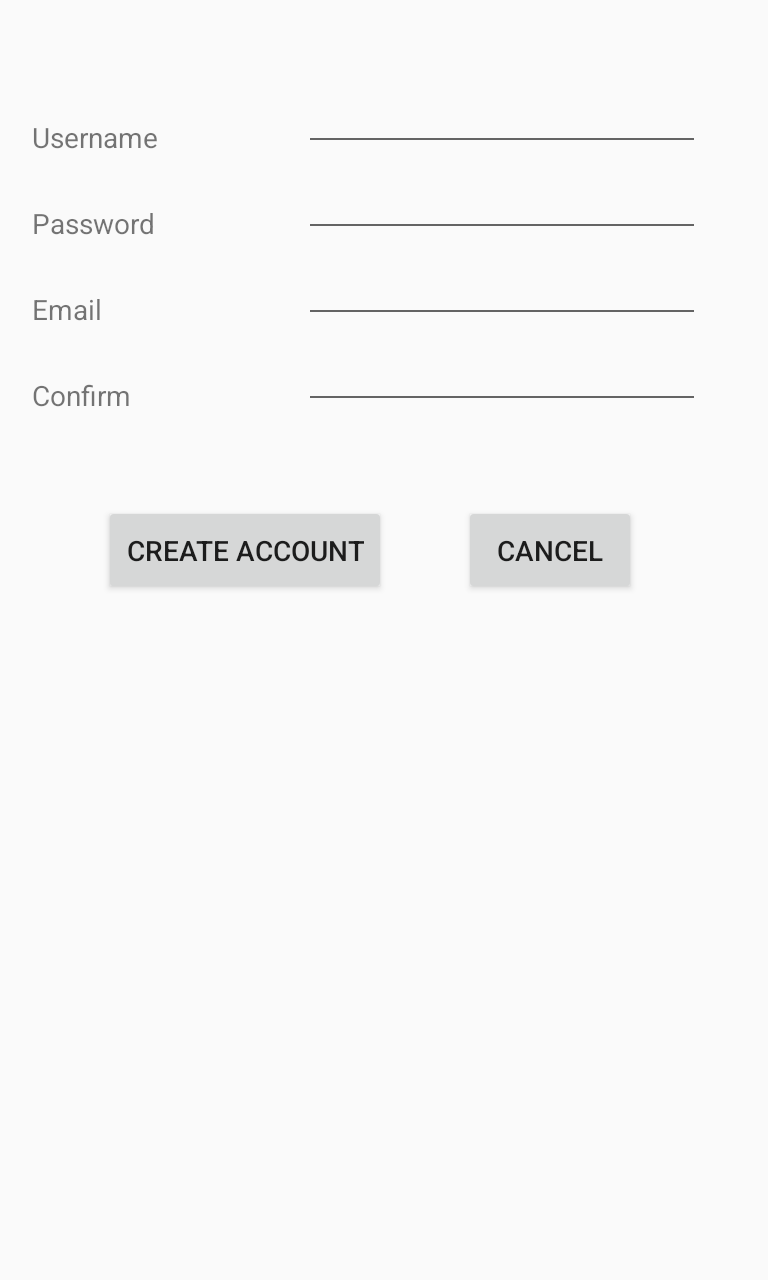
Repository: zerox2012/Fall2014Android
Layout: FishingBuddy/res/layout/activity_new_user.xml
The author's editor kept a copy of each file at every save. The layout is drawn from the files as they stood at one save, then again after the next save.
It is drawn on a 768 x 1280 px phone screen (xhdpi) without system bars, with theme AppTheme; the app's code is not run.

Above is the layout before, as saved 2014-10-20 19:28:41.

After the next save:
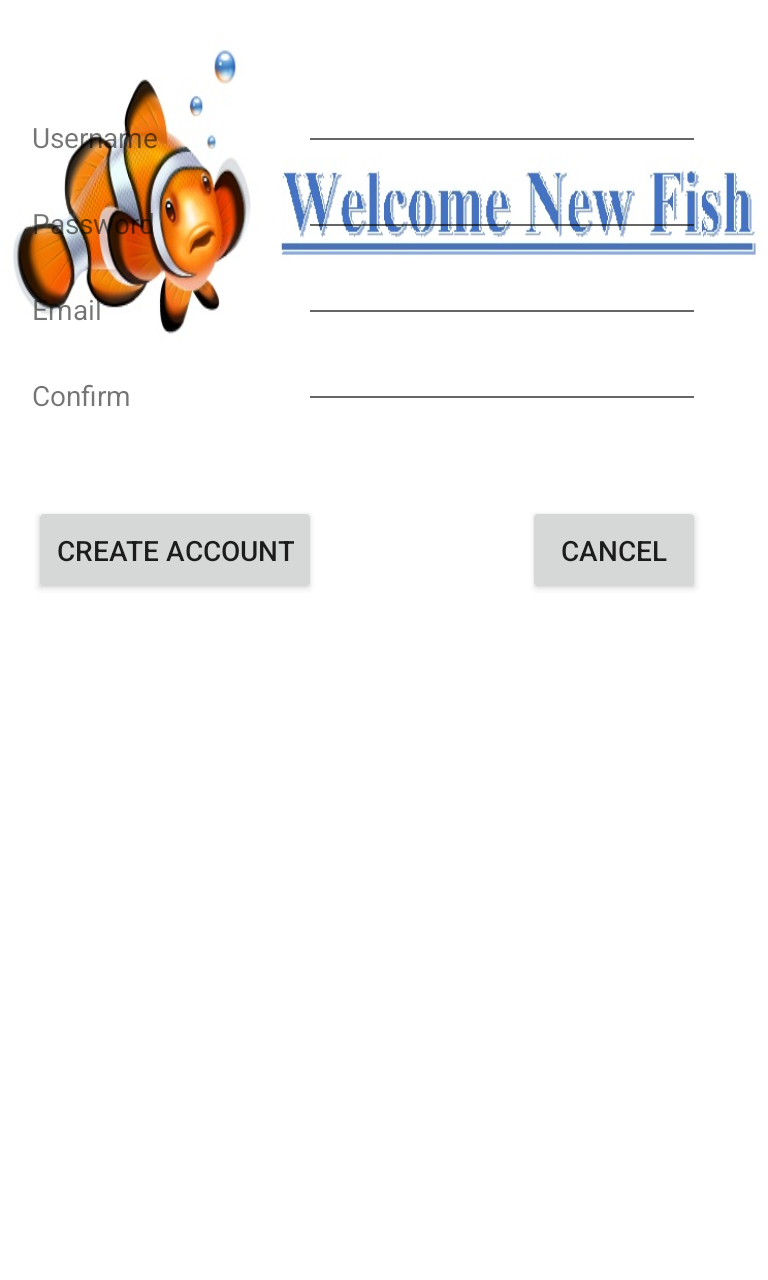
Saved 7 min 23 s later.
--- a/FishingBuddy/res/layout/activity_new_user.xml
+++ b/FishingBuddy/res/layout/activity_new_user.xml
@@ -2,6 +2,7 @@
     xmlns:tools="http://schemas.android.com/tools"
     android:layout_width="match_parent"
     android:layout_height="match_parent"
+    android:background="@drawable/fish"
     android:paddingBottom="@dimen/activity_vertical_margin"
     android:paddingLeft="@dimen/activity_horizontal_margin"
     android:paddingRight="@dimen/activity_horizontal_margin"
@@ -82,9 +83,9 @@
         android:id="@+id/button_create"
         android:layout_width="wrap_content"
         android:layout_height="wrap_content"
+        android:layout_alignLeft="@+id/label_confirm_email"
         android:layout_below="@+id/label_confirm_email"
         android:layout_marginTop="44dp"
-        android:layout_toRightOf="@+id/label_email"
         android:text="@string/create_account" />
 
     <Button
@@ -94,7 +95,6 @@
         android:layout_alignBaseline="@+id/button_create"
         android:layout_alignBottom="@+id/button_create"
         android:layout_alignRight="@+id/new_email2"
-        android:layout_marginRight="32dp"
         android:text="@string/cancel" />
 
 </RelativeLayout>
